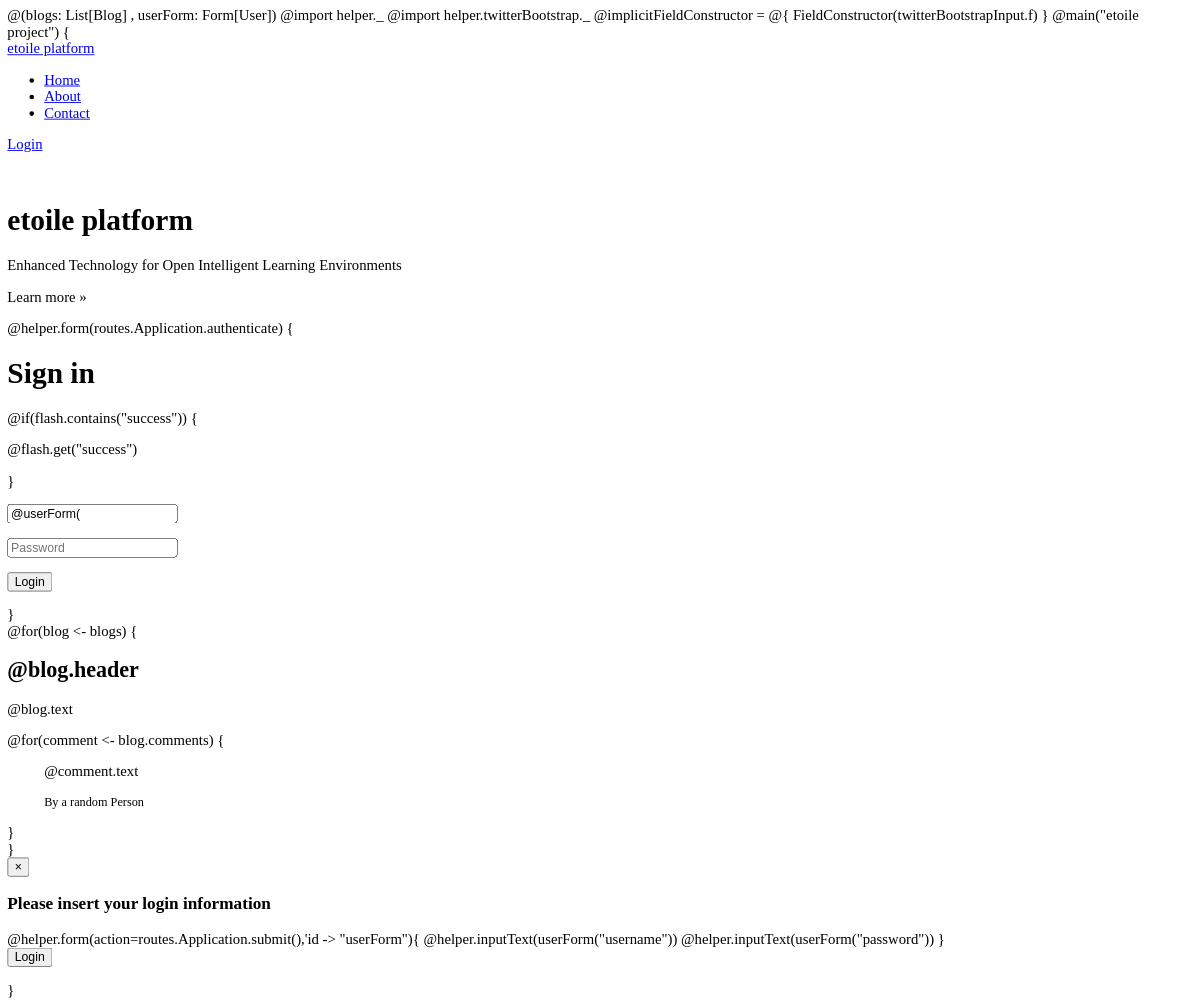
Repository: lopesdasilva/etoile
Page: etoile-play/.target/views/index.scala.html
The author's editor kept a copy of each file at every save. The page is drawn from the files as they stood at one save, then again after the next save.
The browser window is 1280 px wide. The pictures show the whole page, at 92% of full size.

Above is the page before, as saved 2012-10-23 10:48:33.

After the next save:
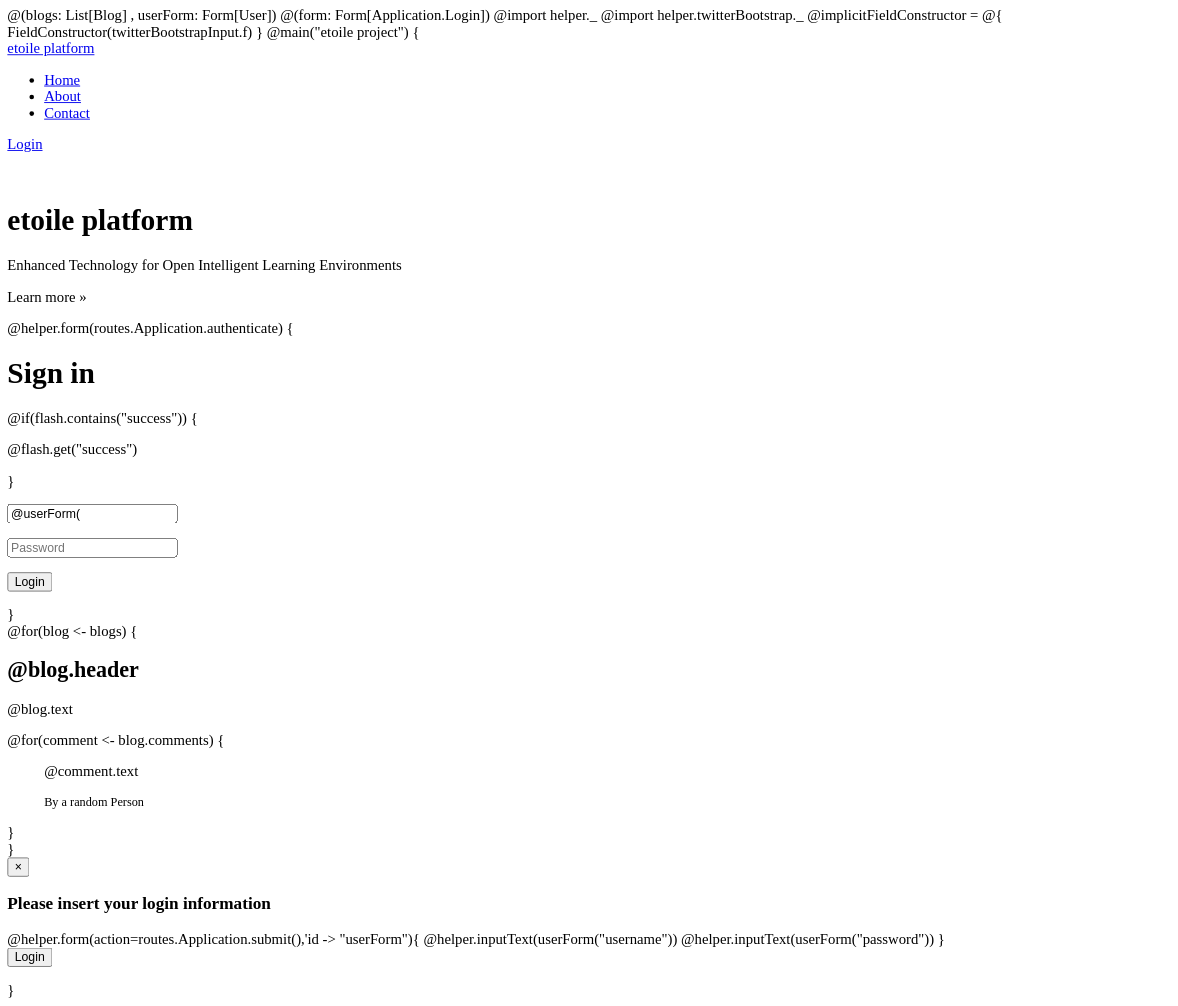
Saved 40 s later.
--- a/etoile-play/.target/views/index.scala.html
+++ b/etoile-play/.target/views/index.scala.html
@@ -1,5 +1,5 @@
 @(blogs: List[Blog] , userForm: Form[User])
-
+@(form: Form[Application.Login])
 @import helper._
 @import helper.twitterBootstrap._
 @implicitFieldConstructor = @{ FieldConstructor(twitterBootstrapInput.f) }
